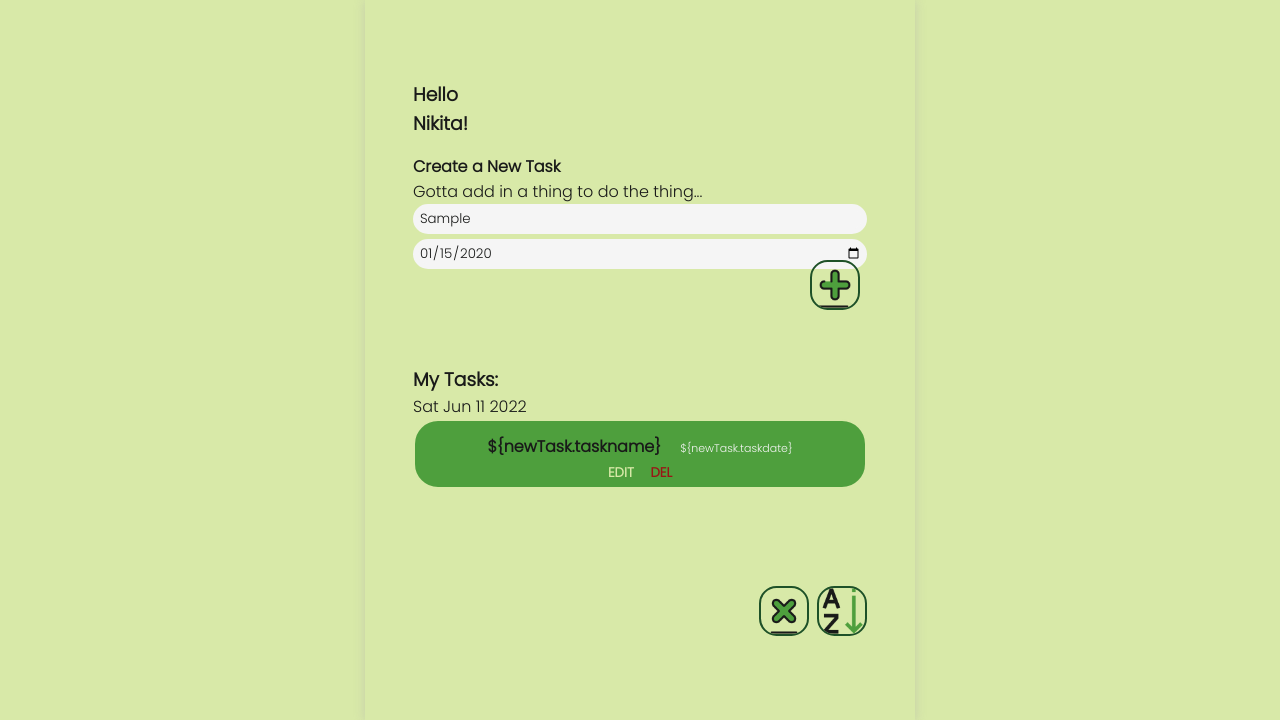
Repository: acidpixie/todo-app-version3
Page: index.html
An editor plug-in stored every save of this project. The page is shown before and after the next save, followed by the edit.
The browser window is 1280 px wide. The pictures show the whole page.
Empty fields were first filled with sample values (such as "Sample", 5 or name@example.com).
After loading, the first visible `#add-new-task-button` was clicked once.

Above is the page before, as saved 2022-06-11 22:25:46.
Console error: ReferenceError: editTask is not defined

### index.html
<!DOCTYPE html>
<html lang="en">
<head>
    <meta charset="UTF-8">
    <meta http-equiv="X-UA-Compatible" content="IE=edge">
    <meta name="viewport" content="width=device-width, initial-scale=1.0">
    <title>Todo Application</title>

    <link rel="stylesheet" type="text/css" href="/css/stylesheet.css">
    <script type="text/javascript" src="/js/script.js" defer></script>

    <!--google fonts - poppins-->
    <link rel="preconnect" href="https://fonts.googleapis.com">
    <link rel="preconnect" href="https://fonts.gstatic.com" crossorigin>
    <link href="https://fonts.googleapis.com/css2?family=Poppins:wght@200;300&display=swap" rel="stylesheet">


</head>
<body>

    <section>
        <header class="heading">
        <h3>Hello &nbsp;<div contenteditable="true">Nikita!</div></h3>
        </header>

        <div>
            <h4>Create a New Task</h4>
            <form>
                <label>Gotta add in a thing to do the thing...</label>
                <input type="text" class="user-input" id="input-task" placeholder="e.g go to gym">
                <p id="empty-input"></p>
                <input type="date" class="user-date" id="input-date">
                <img src="/images/add.png" type="submit" class="add-new-task" id="add-new-task-button"></img>
                </label>
            </form>
       </div>
    </section>

    <section>
        <div id="display-tasks" class="display">
            <h3>My Tasks:</h3>
            <span class="title-date" id="title-date"></span>
            <ul class="task-item" id="task-list">
                <li class="list-item" id="list-item" data-id="${newTask.taskId}">

                    <div class="list-container" id="lists-container">
                        <span class="list-input" id="list-input" contenteditable="true">${newTask.taskname}</span>
                        <span class="list-date-input" id="list-date-input" contenteditable="true">${newTask.taskdate}</span>
                    </div>
                    <div class="list-buttons">
                        <button class="edit-item" id="edit-item">EDIT</button>
                        <button class="delete-item" id="delete-item">DEL</button>
                    </div>

                </li>
            </ul>
        </div>
    </section>

    <section class="user-buttons" id="buttons-user">
        <img src="/images/delete.png" class="user-button" id="clear-button"></img>
        <img src="/images/sort-a-z.png" class="user-button" id="sort-button"></img>
    </section>


</body>
</html>

### css/stylesheet.css
/*color pallet
#191A19 - black
#1E5128 - dark green
#4E9F3D - light green
#D8E9A8 - whitish green gray
#f5f5f5 - white smoke
*/



* {
    box-sizing: border-box;
    font-family: "poppins", sans-serif;
    margin: 0;
}

body {
    background-color: #D8E9A8;
    color: #191A19;
    max-width: 550px;
    min-height: 100vh;
    margin: auto;
    box-shadow: 0 1px 10px 0px rgba(176, 173, 173, 0.467);
    position: relative;
}


section {
    padding: 3rem;
}

.heading {
    padding-top: 2rem;
    padding-bottom: 1rem;
}

form {
    display: flex;
    flex-direction: column;
}

input {
    height: 30px;
    border: solid 5px #f5f5f5;
    color: #191A19;
    background-color: #f5f5f5;
    border-radius: 25px;
}

.user-date {
    margin-top: 5px;
}

li {
    display: flex;
    flex-direction: row;
    padding-left: 0;
    padding-top: 10px;
    list-style: none;
}

ul{
    margin: 0;
    padding: 0;
}

li {
    display: flex;
    flex-direction: column;
    justify-content: center;
    height: 70px;
    width: auto;
    background-color: #4E9F3D ;
    border: solid 2px #D8E9A8;
    border-radius: 25px;
    align-items: center;
}

.edit-item {
    background-color: transparent;
    border: none;
    color: #D8E9A8;
    font-weight: 600;
    cursor: pointer;
}

.delete-item {
    background-color: transparent ;
    border: none;
    color: #9a1616;
    font-weight: 600;
    cursor: pointer;
}


.user-buttons {
    display: flex;
    flex-direction: row;
    gap: 8px;
    position: absolute;
    bottom: 5%;
    right: 0%;
}

.user-button {
    display: flex;
    height: 50px;
    width: 50px;
    gap: 10px;
    border: solid 2px #1E5128;
    border-radius: 35%;
    cursor: pointer;

}

.add-new-task {
    height: 50px;
    width: 50px;
    margin-top: 5px;
    position: absolute;
    bottom: 57%;
    right: 10%;
    background-color: none;
    border: solid 2px #1E5128;
    border-radius: 35%;
    cursor: pointer;

}

.completed-task {
    text-decoration: line-through;
  }

.completed {
    filter: opacity(50%);
  }

.list-date-input {
    font-size: 11px;
    color: #f5f5f5 ;
    padding-left: 15px;

}

.list-input {
    font-weight: 600;
}

### js/script.js
let date = new Date();
let dateHeader = date.toDateString();

const dateToday = document.getElementById('title-date');
dateToday.innerHTML = dateHeader;

const LOCAL_STORAGE_APP_KEY = "todo-app-storage-key";

//input variables
let taskInput = document.getElementById("input-task");
let taskInputDate = document.getElementById("input-date");
const taskInputSubmit = document.getElementById("add-new-task-button");
const emptyInput= document.getElementById("empty-input");

const taskList = document.getElementById("task-list");

const clearTaskList = document.getElementById("clear-button");
const sortTaskList = document.getElementById("sort-button");

let editInputTask = "";
let editInputDate = "";
let editId = "";
let isEdit = false;

let taskArray = [];

class Task {
    constructor(taskid, taskname, taskdate) {
        this._taskid = taskid;
        this._taskname = taskname;
        this._taskdate = taskdate;
    }

    get taskid() {
        return this._taskid;
      }

      set taskid(newTaskId) {
        this._taskid = newTaskId;
      }

      get taskname() {
        return this._taskname;
      }

      set taskname(newTaskName) {
        this._taskname = newTaskName;
      }

      get taskdate() {
        return this._taskdate;
      }

      set taskdate(newTaskDate) {
        this._taskdate = newTaskDate;
      }
    }

    //event listeners

    taskInputSubmit.addEventListener("click", addTask);
    clearTaskList.addEventListener("click", clearTasks);
    sortTaskList.addEventListener("click", sortTasks);

    //function to add in a new task

    function addTask(e) {
        e.preventDefault();

        let userInput = document.getElementById("input-task").value;
        let userInputDate = document.getElementById("input-date").value;

        let newTaskId = new Date().getTime().toString();
        let userInputTask = userInput.charAt(0).toUpperCase() + userInput.slice(1);

        emptyInput.innerHTML= "";

        if (userInputTask !== "" && !isEdit) {
            let newTask = new Task(newTaskId, userInputTask, userInputDate);
            taskArray.push(newTask);

            const listElement = document.createElement("li");
            listElement.classList.add("list-item");
            const attr = document.createAttribute("data-id");
            attr.value = newTaskId;
            listElement.setAttributeNode(attr);

            //template literal to add in list inputs
            listElement.innerHTML = `
            <div class="list-container">
            <span class="list-input" id="list-input" contenteditable="true">${newTask.taskname}</span>
            <span class="list-date-input" id="list-date-input" contenteditable="true">${newTask.taskdate}</span>
            </div>
            <div class="list-buttons">
            <button class="edit-item" id="edit-item">EDIT</button>
            <button class="delete-item" id="delete-item">DEL</button>
            </div>
            `;

            //variables and event listeners for buttons in new li element created
            const taskContent = listElement.querySelector(".list-container");
            const deleteButton = listElement.querySelector(".delete-item");
            const editButton = listElement.querySelector(".edit-item");

           deleteButton.addEventListener("click", deleteTask);
           editButton.addEventListener("click", editTask);

            taskList.appendChild(listElement);

            taskContent.addEventListener("dblclick", function(){
                taskContent.classList.toggle("completed-task");
                listElement.classList.toggle("completed");
            });

            saveToLocalStorage();
            setToDefault();

        } else if (userInputTask !== "" && isEdit) {
            editInputTask.innerHTML = userInputTask;
            editInputDate.innerHTML = userInputDate;

            setToDefault();

        } else if (userInputTask === "") {
            emptyInput.innerHTML = "task input cannot be blank";
        } else {
            emptyInput.innerHTML = "";
        }
    }

    // clear tasks

    function clearTasks() {
        const allTasks = document.querySelectorAll(".list-item");

        if (allTasks.length > 0) {
            allTasks.forEach(function (listItem) {
                taskList.removeChild(listItem);
            });

            setToDefault();
            localStorage.removeItem("todo-app-storage-key");
        }
    }

    //sort tasks a-z

    function sortTasks() {
        [...taskList.children]
        .sort((a, b) => (a.innerText > b.innerText ? 1 : -1))
        .forEach((node) => taskList.appendChild(node));
    }

    //delete tasks

    function deleteTask(event) {
        let element = event.currentTarget.parentElement.parentElement;
        const id = element.dataset.id;
        taskList.removeChild(element);

        setToDefault()
    }

    // edit tasks

 //  function editTask(event) {
 //   let element = event.currentTarget.parentElement.parentElement;
 //   const attrE = document.createAttribute("contenteditable");
 //   attrE.value = true;
 //   element.setAttributeNode(attrE);

 //   editId = element.dataset.id;
 //   isEdit = true;



    function setToDefault() {
        taskInput.value = "";
        taskInputDate.value = "";
        isEdit = false;
        editId = "";
    }

    function saveToLocalStorage() {
        taskArray = JSON.stringify(taskArray);
        localStorage.setItem(LOCAL_STORAGE_APP_KEY, taskArray);
        taskArray = JSON.parse(localStorage.getItem(LOCAL_STORAGE_APP_KEY));
    }

After the next save:
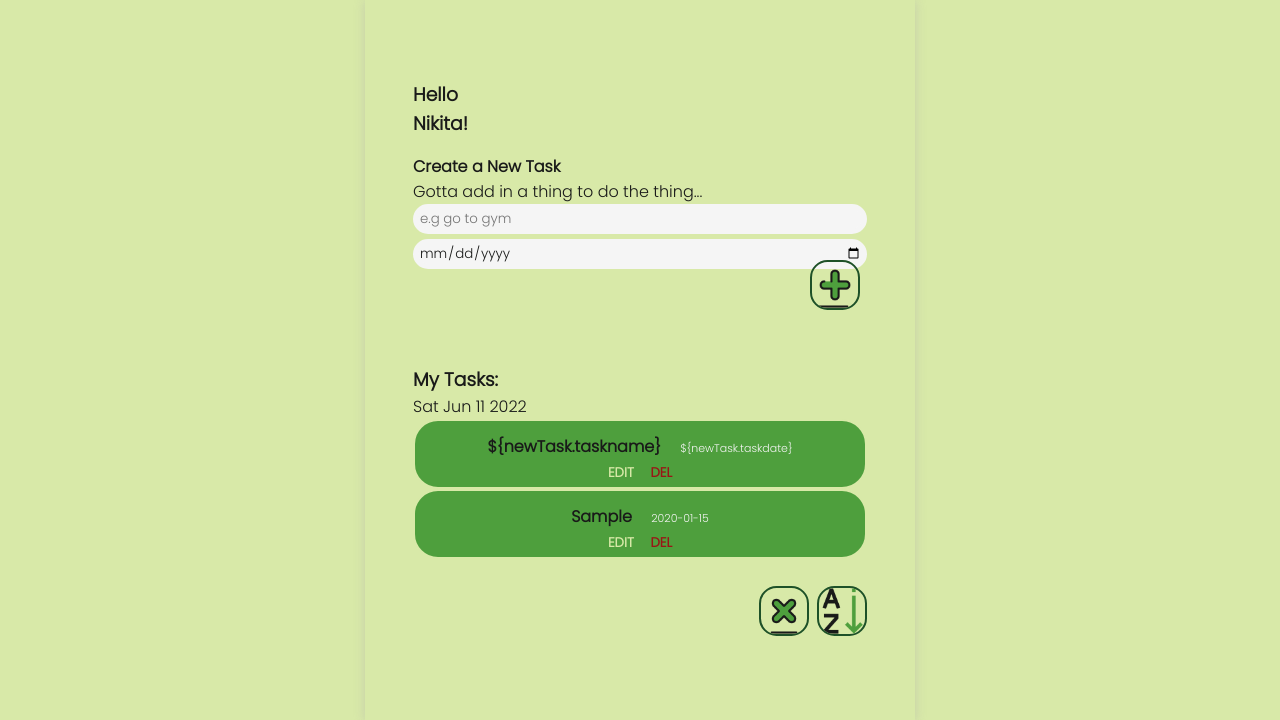
The error is gone.
Saved 4 min 34 s later.
--- a/js/script.js
+++ b/js/script.js
@@ -173,6 +173,16 @@ class Task {
  //   isEdit = true;
 
 
+ function editTask(button) {
+    let x = document.getElementById("list-input");
+    if (x.contentEditable == "true") {
+        x.contentEditable = "false"; button.innerHTML = "SAVE";
+    } else {x.contentEditable = "true"; button.innerHTML = "EDIT";
+}
+
+ }
+
+
 
     function setToDefault() {
         taskInput.value = "";
